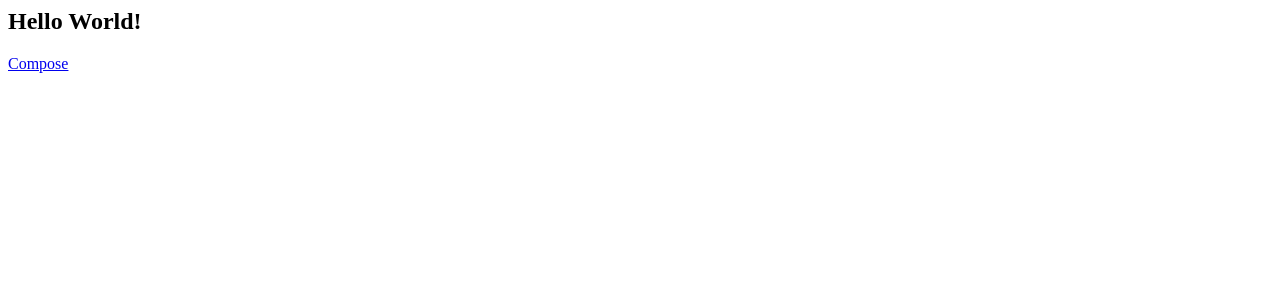
Repository: amit-github-personal/SpringFramework-and-projects-done-during-traning
Page: http://localhost/SpringEmail/
The author's editor kept a copy of each file at every save. The page is drawn from the files as they stood at one save, then again after the next save.
The browser window is 1280 px wide. The pictures show the whole page.
The page is served by Tomcat 9. Other server files are loaded and not shown.

Above is the page before, as saved 2019-10-12 15:48:48.

### SpringEmail/src/main/webapp/index.jsp
<html>
<body>
<h2>Hello World!</h2>

<a href="compose">Compose</a>
</body>
</html>

After the next save:
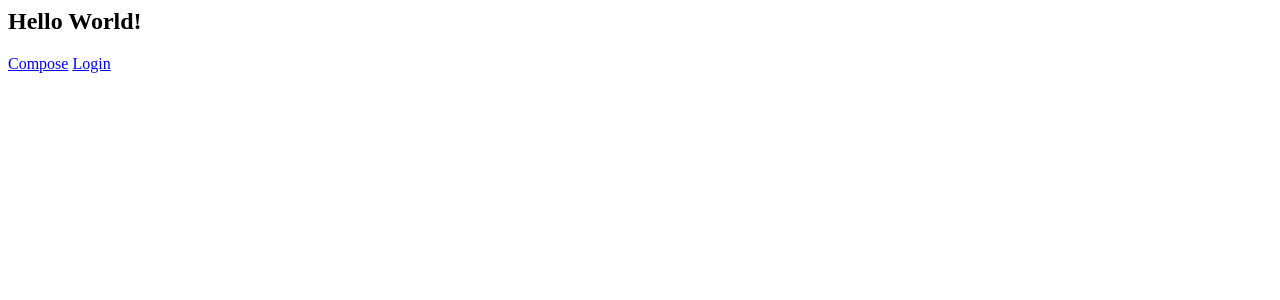
Saved 2 min 47 s later.
--- a/SpringEmail/src/main/webapp/index.jsp
+++ b/SpringEmail/src/main/webapp/index.jsp
@@ -3,5 +3,6 @@
 <h2>Hello World!</h2>
 
 <a href="compose">Compose</a>
+<a href="login">Login</a>
 </body>
 </html>
